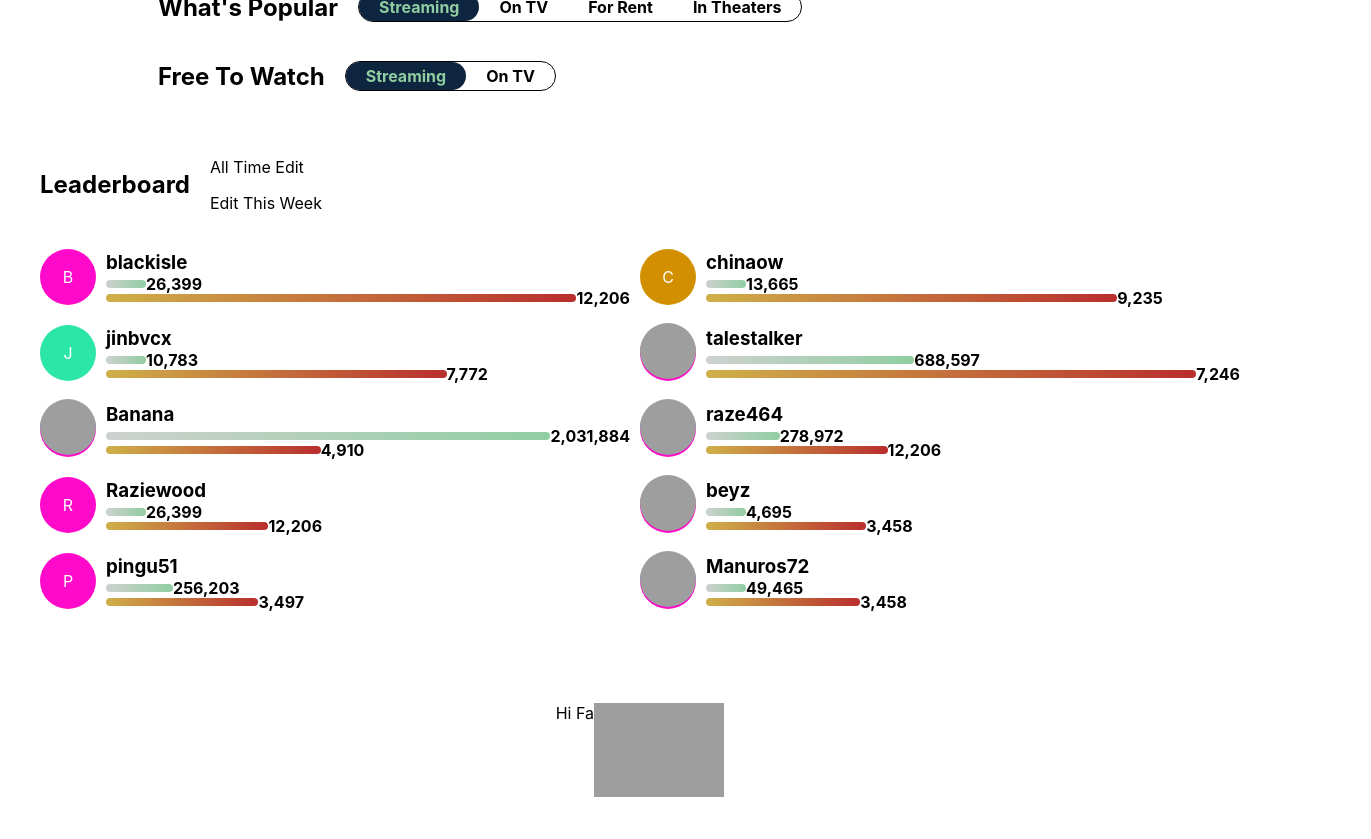
Repository: Fauzaanmhmd/qnpTesFrontend
Page: /
These files come from the project's save history. The page is drawn as it stood at one moment and after the next save; the edit follows.
The browser window is 1280 px wide. The page is 1371 px wide, so the pictures cover 1371 px, including what lies to the right of the window. The pictures show the part of the page from y = 395 to 1263 px (the page is 1234 px tall before and 1263 px after).
Pictures or frames that could not be fetched are drawn as grey boxes. The page's requests for data from a server got no answer. The project was rebuilt for these pictures with package versions that can differ from the ones it lists, and the page was loaded fresh each time. The framework's server and built-in components were replaced by stand-ins that run in the browser. No one was signed in, and anything a server would have sent is missing. Also part of the build but not shown: next.config.js, styles/Moviecard.module.scss, pages/components/Moviecard.tsx.

Above is the page before, as saved 2022-03-21 00:44:05.

After the next save:
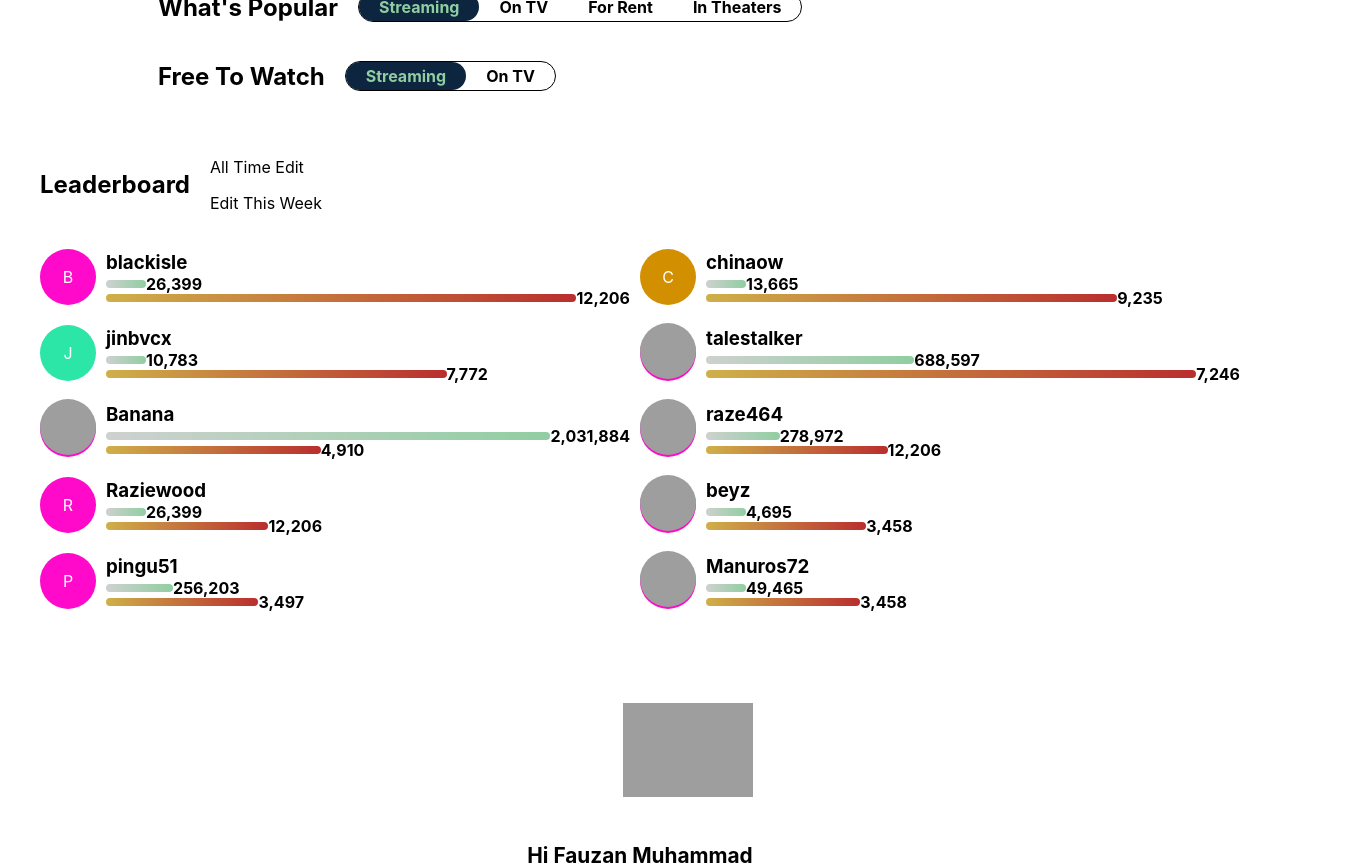
Saved 31 s later.
--- a/styles/Footer.module.scss
+++ b/styles/Footer.module.scss
@@ -36,3 +36,16 @@
         height: 94px;
     }
 }
+
+.rounded {
+    position: relative;
+    top: 140px;
+    border-color: #fff;
+    background-color: #fff;
+    color: rgba(var(--tmdbLightBlue), 1);
+    font-size: 1.3em;
+    font-weight: bold;
+    display: inline-block;
+    word-wrap: break-word;
+    white-space: normal;
+}
